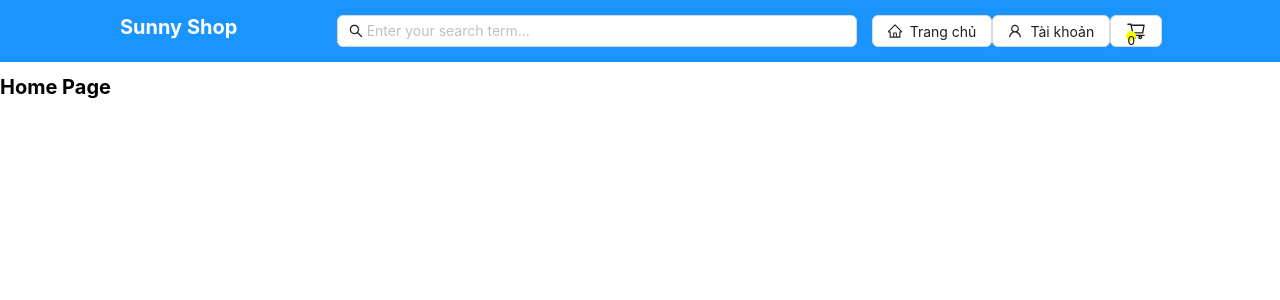
Repository: manhhieu120499/E-Commerce
Page: /
These files come from the project's save history. The page is drawn as it stood at one moment and after the next save; the edit follows.
The browser window is 1280 px wide. The pictures show the whole page.
The project was rebuilt for these pictures with package versions that can differ from the ones it lists, and the page was loaded fresh each time. Also part of the build but not shown: src/pages/product/Product.js, src/pages/order/Order.js, src/pages/notFound/NotFound.js, src/layouts/NormalLayout/NormalLayout.js.

Above is the page before, as saved 2025-01-01 11:49:21.

After the next save:
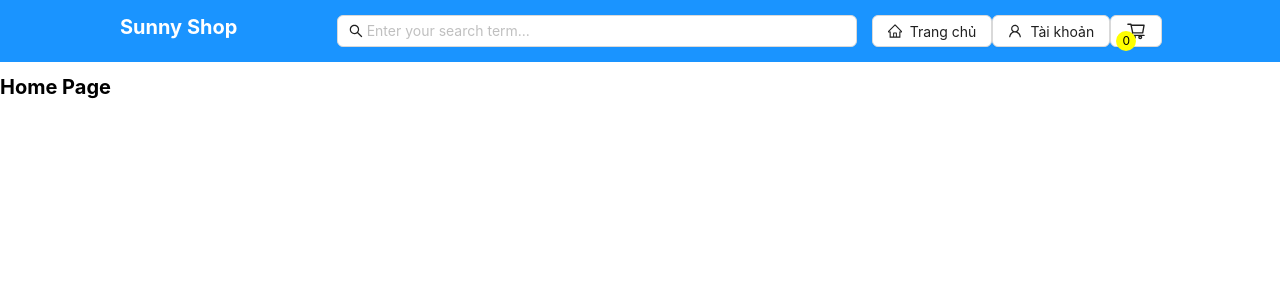
Saved 7 s later.
--- a/src/components/Header/HeaderStyle.js
+++ b/src/components/Header/HeaderStyle.js
@@ -21,8 +21,8 @@ export const WrapperShoppingCartText = styled.div`
   position: absolute;
   top: 10px;
   right: 10px;
-  width: 10px;
-  height: 10px;
+  width: 20px;
+  height: 20px;
   border-radius: 50%;
   background-color: yellow;
 `;
